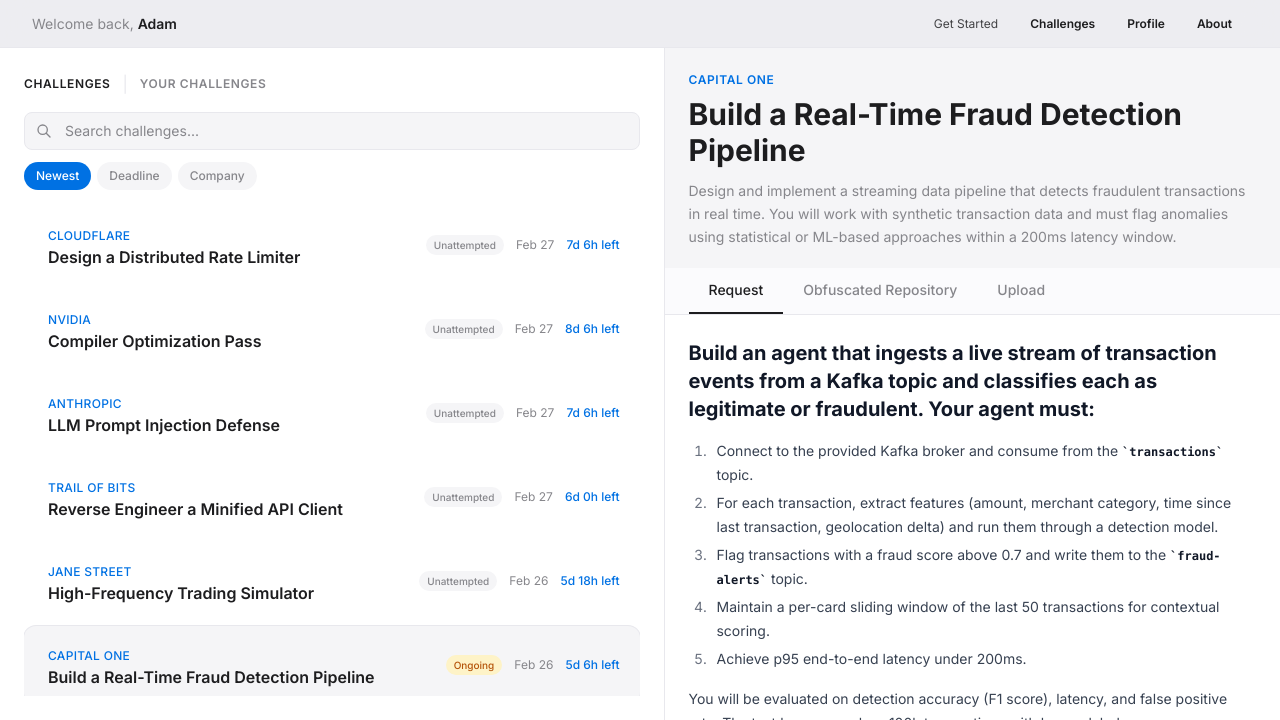
Repository: Ypout07/raikes-hacks
Page: / (app in web/)
These files come from the project's save history. The page is drawn as it stood at one moment and after the next save; the edit follows.
The browser window is 1280 px wide. The pictures show the whole page.
An inner scrolling area shows only its first screen. The project was rebuilt for these pictures with package versions that can differ from the ones it lists, and the page was loaded fresh each time. The framework's server and built-in components were replaced by stand-ins that run in the browser. Also part of the build but not shown: web/next.config.ts.

Above is the page before, as saved 2026-02-28 21:58:56.

After the next save:
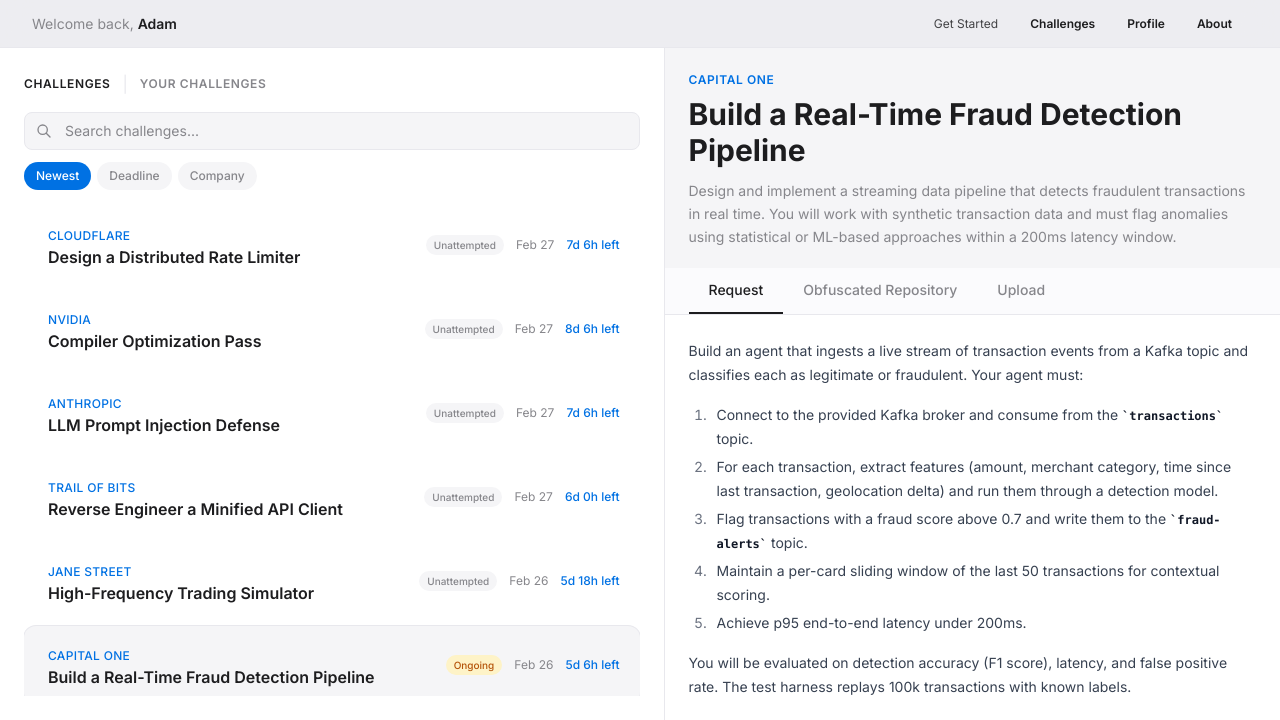
Saved 8 s later.
--- a/web/src/lib/mockChallenges.ts
+++ b/web/src/lib/mockChallenges.ts
@@ -8,7 +8,7 @@
         description:
             "Design and implement a streaming data pipeline that detects fraudulent transactions in real time. You will work with synthetic transaction data and must flag anomalies using statistical or ML-based approaches within a 200ms latency window.",
         request:
-            "## Build an agent that ingests a live stream of transaction events from a Kafka topic and classifies each as legitimate or fraudulent. Your agent must:\n\n1. Connect to the provided Kafka broker and consume from the `transactions` topic.\n2. For each transaction, extract features (amount, merchant category, time since last transaction, geolocation delta) and run them through a detection model.\n3. Flag transactions with a fraud score above 0.7 and write them to the `fraud-alerts` topic.\n4. Maintain a per-card sliding window of the last 50 transactions for contextual scoring.\n5. Achieve p95 end-to-end latency under 200ms.\n\nYou will be evaluated on detection accuracy (F1 score), latency, and false positive rate. The test harness replays 100k transactions with known labels.",
+            "Build an agent that ingests a live stream of transaction events from a Kafka topic and classifies each as legitimate or fraudulent. Your agent must:\n\n1. Connect to the provided Kafka broker and consume from the `transactions` topic.\n2. For each transaction, extract features (amount, merchant category, time since last transaction, geolocation delta) and run them through a detection model.\n3. Flag transactions with a fraud score above 0.7 and write them to the `fraud-alerts` topic.\n4. Maintain a per-card sliding window of the last 50 transactions for contextual scoring.\n5. Achieve p95 end-to-end latency under 200ms.\n\nYou will be evaluated on detection accuracy (F1 score), latency, and false positive rate. The test harness replays 100k transactions with known labels.",
         postedAt: "2026-02-26T10:00:00Z",
         deadline: "2026-03-05T23:59:00Z",
         status: "ongoing",
